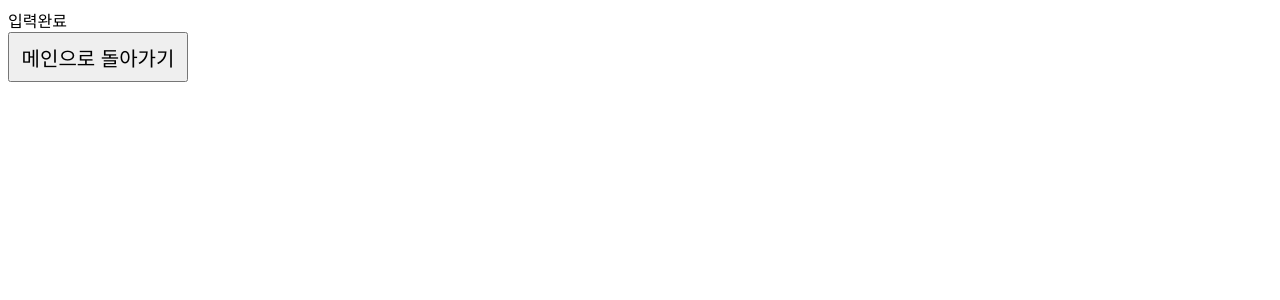
Repository: hus0124/M-IT
Page: http://localhost/pocketMoneyDiary/create.jsp
An editor plug-in stored every save of this project. The page is shown before and after the next save, followed by the edit.
The browser window is 1280 px wide. The pictures show the whole page.
The page is served by Tomcat 9.

Above is the page before, as saved 2020-01-02 05:13:46.

After the next save:
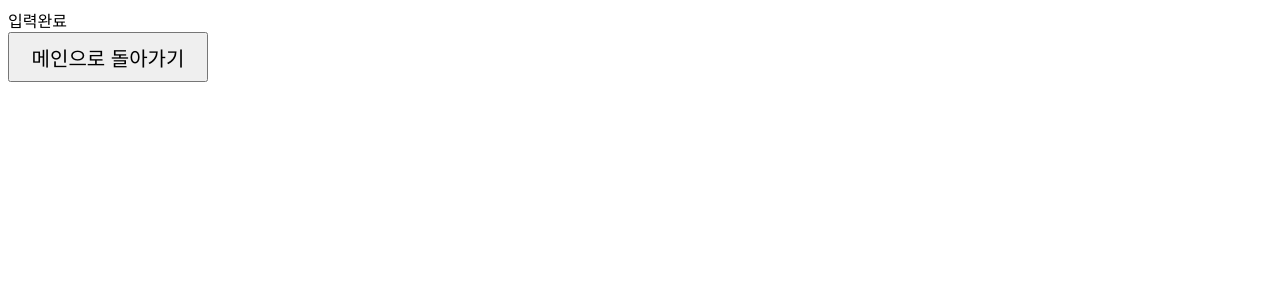
Saved 62 s later.
--- a/JSP_Workspaces/pocketMoneyDiary/WebContent/create.jsp
+++ b/JSP_Workspaces/pocketMoneyDiary/WebContent/create.jsp
@@ -8,7 +8,7 @@
 </head>
 <body>
 입력완료<br>
-<a href = "result.jsp"><button style="width:180px;height:50px;font-size:20px;">메인으로 돌아가기</button>
+<a href = "result.jsp"><button style="width:200px;height:50px;font-size:20px;">메인으로 돌아가기</button>
 </a>
 </body>
 </html>
